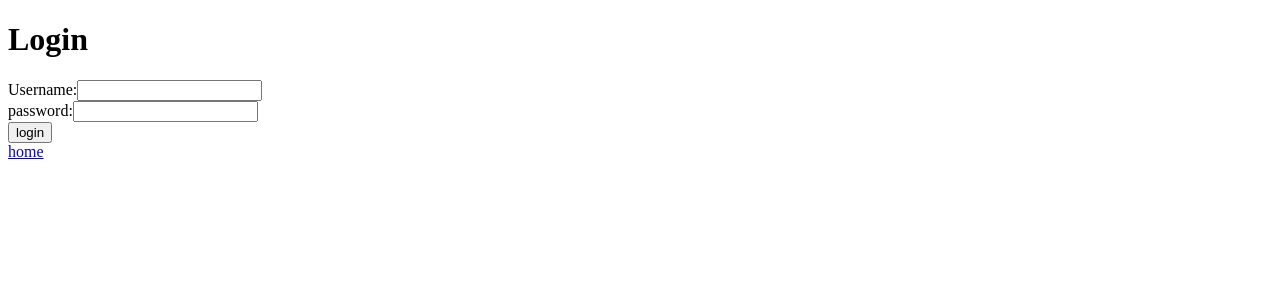
Repository: anil1581994/SpringBasicProgram
Page: http://localhost/MvcLoginRegistration/login
An editor plug-in stored every save of this project. The page is shown before and after the next save, followed by the edit.
The browser window is 1280 px wide. The pictures show the whole page.
The page is served by Tomcat 9. Other server files are loaded and not shown.

Above is the page before, as saved 2018-02-15 11:14:14.

### MvcLoginRegistration/src/main/webapp/WEB-INF/jsp/login.jsp
<%@ taglib prefix="form" uri="http://www.springframework.org/tags/form"%>
<%@ page language="java" contentType="text/html; charset=ISO-8859-1"
	pageEncoding="ISO-8859-1"%>
<!DOCTYPE html PUBLIC "-//W3C//DTD HTML 4.01 Transitional//EN" "http://www.w3.org/TR/html4/loose.dtd">
<html>
<head>
<meta http-equiv="Content-Type" content="text/html; charset=ISO-8859-1">
<title>Login</title>
</head>
<body>
    <h1 aligin="center">Login</h1>
	<form action="loginProcess" method="post" modelAttribute="login">
		Username:<input type="username" name="username"><br>
		password:<input type="password" name=password><br>
		<input type="submit" value="login">

	</form>
	<a href="/jsp/home.jsp">home</a>
</body>
</html>

After the next save:
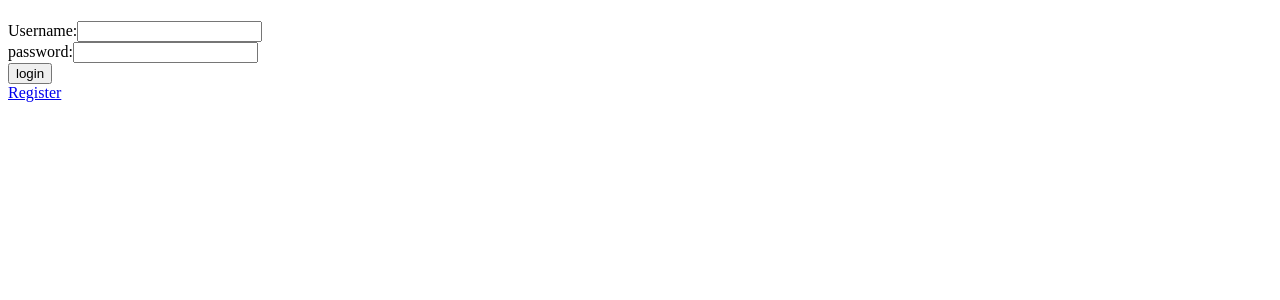
Saved 3 min 49 s later.
--- a/MvcLoginRegistration/src/main/webapp/WEB-INF/jsp/login.jsp
+++ b/MvcLoginRegistration/src/main/webapp/WEB-INF/jsp/login.jsp
@@ -8,13 +8,13 @@
 <title>Login</title>
 </head>
 <body>
-    <h1 aligin="center">Login</h1>
+    <h1 aligin="center"></h1>
 	<form action="loginProcess" method="post" modelAttribute="login">
 		Username:<input type="username" name="username"><br>
 		password:<input type="password" name=password><br>
 		<input type="submit" value="login">
 
 	</form>
-	<a href="/jsp/home.jsp">home</a>
+	<a href="redirectRegister">Register</a>
 </body>
 </html>
